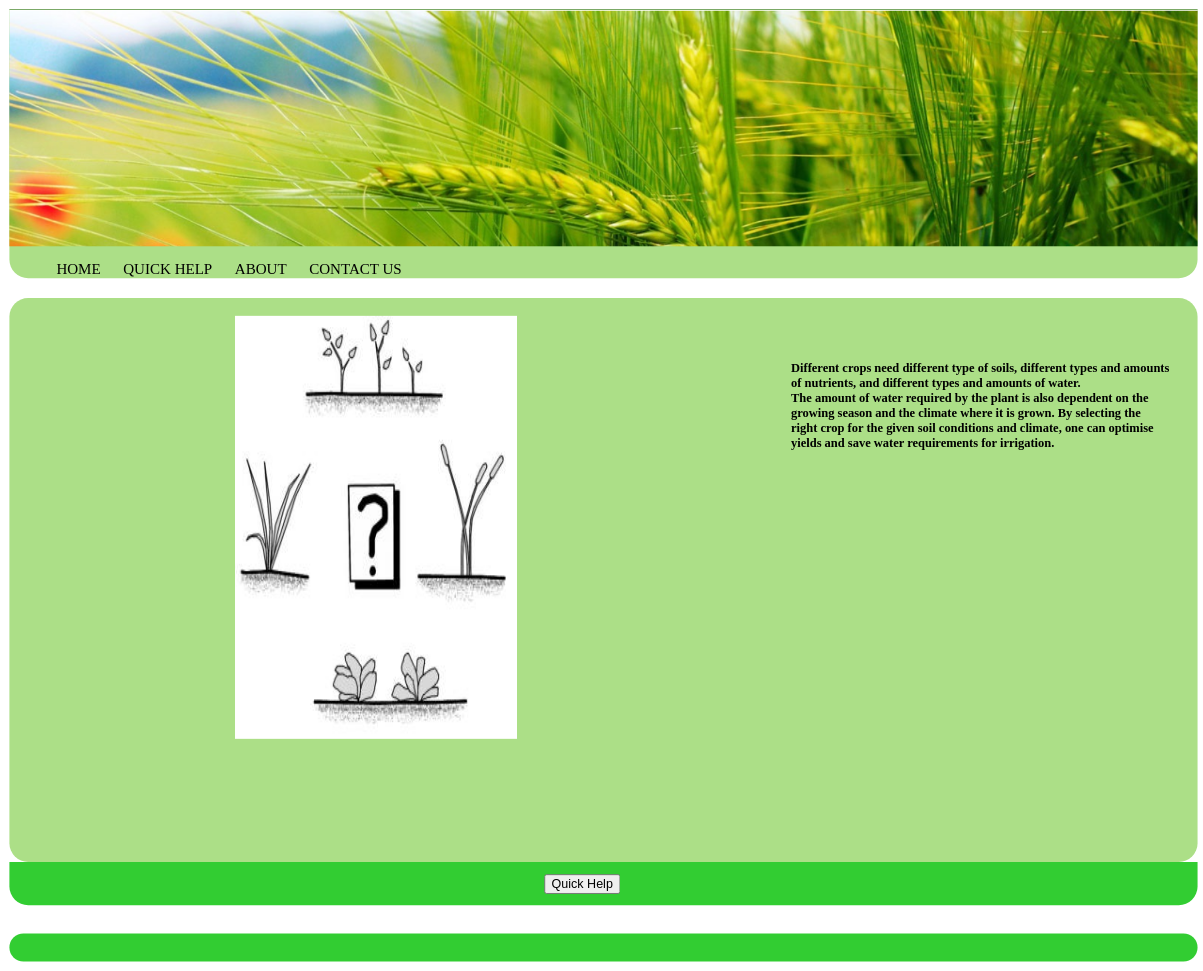
Repository: shivamtyagi1234/FarmoFriend
Page: http://localhost/FarmoFriend/
An editor plug-in stored every save of this project. The page is shown before and after the next save, followed by the edit.
The browser window is 1280 px wide. The pictures show the whole page, at 94% of full size.
The page is served by Tomcat 9. Other server files are loaded and not shown.

Above is the page before, as saved 2019-11-03 07:14:16.

### FarmoFriend/WebContent/home.jsp
<%@ page language="java" contentType="text/html; charset=ISO-8859-1"
    pageEncoding="ISO-8859-1"%>
<!DOCTYPE html PUBLIC "-//W3C//DTD HTML 4.01 Transitional//EN" "http://www.w3.org/TR/html4/loose.dtd">
<html>
<head>
<meta http-equiv="Content-Type" content="text/html; charset=ISO-8859-1">
<title>home</title>

<style type="text/css">
#main
{
width: 100%;
height: 100%;
border: 2px solid white;
}
#homeHead
{
background-color: #ACDF87;
border-radius:0px 0px 20px 20px;
}
#blank1
{
width: 100%;
height: 5px;
}
#homeBody
{
background-color: #ACDF87;
border-top:2px solid;
width: 100%;
height: 600px;
border: 2px;
border-color:limegreen;
border-radius:20px 20px 20px 20px;
}
#homeImage
{
height: 100%;
width: 50%;
}
#homeContent
{
height: 100%;
width: 50%;
}
#homeBody img
{
height:450px;
width:300px;
padding-left: 38%;
padding-top: 3%;
}
#vote
{
border:2px;
border-color: limegreen;
padding-top:1%;
padding-left: 45%;
padding-bottom:1%;
background-color: limegreen;
border-radius:0px 0px 20px 20px;
}
#blank2
{
width: 100%;
height:30px;
}
</style>
</head>
<body >
<div id="main">
<div id="homeHead">
<jsp:include page="header.jsp"></jsp:include>
</div>
<div id="blank1"></div>

<div id="homeBody">
	<div style="float: left; width: 50%"><img alt="home1" src="images\crop selection.jpg" ></div>
	<div style="float: right; text-align: left; text-decoration: blink; padding-right:30px; padding-top: 45px";>
	<p><h5>Different crops need different type of soils, different types and amounts
	<br>of nutrients, and different types and amounts of water.
	<br> The amount of water required by the plant is also dependent on the
	<br>growing season and the climate where it is grown. By selecting the
	<br>right crop for the given soil conditions and climate, one can optimise
	<br> yields and save water requirements for irrigation.<br></h5></p>
	</div>




</div>
<div id="vote">
<a href="voterLogin.jsp"><button>Quick Help</button></a>
</div>
<div id="blank2"></div>
<div id="homeFoot">
<jsp:include page="footer.jsp"></jsp:include>
</div>
</div>
</body>
</html>

### FarmoFriend/WebContent/header.jsp
<%@ page language="java" contentType="text/html; charset=ISO-8859-1"
    pageEncoding="ISO-8859-1"%>
<!DOCTYPE html PUBLIC "-//W3C//DTD HTML 4.01 Transitional//EN" "http://www.w3.org/TR/html4/loose.dtd">
<head>
<meta http-equiv="Content-Type" content="text/html; charset=ISO-8859-1">
<title>result</title>
<style>
#header
{
height: 25%;
width: 100%;


}
#header ul
{
list-style-type: none;
}
#header ul li
{
display: inline;

padding: 10px;
}
#header ul li a
{
text-decoration: none;
color: black;
}
</style>
</head>
<body>
<div id="header">
	<img src="images\head.png" width="100%">
	<ul>
	<li><a href="home.jsp">HOME</a></li>
	<li><a href="registration.jsp">QUICK HELP</a></li>
	<li><a href="voterLogin.jsp">ABOUT</a></li>
	<li><a href="result.jsp">CONTACT US</a></li>
</ul>
</div>
</body>
</html>

### FarmoFriend/WebContent/footer.jsp
<%@ page language="java" contentType="text/html; charset=ISO-8859-1"
    pageEncoding="ISO-8859-1"%>
<!DOCTYPE html PUBLIC "-//W3C//DTD HTML 4.01 Transitional//EN" "http://www.w3.org/TR/html4/loose.dtd">
<html>
<head>
<meta http-equiv="Content-Type" content="text/html; charset=ISO-8859-1">

<title>FOOTER</title>
<style type="text/css">
#footer
{
width: 100%;
height: 30px;
background-color: limegreen;
border-radius:20px 20px 20px 20px;
}
</style>
</head>
<body>
<div id="footer">

</div>
</body>
</html>

After the next save:
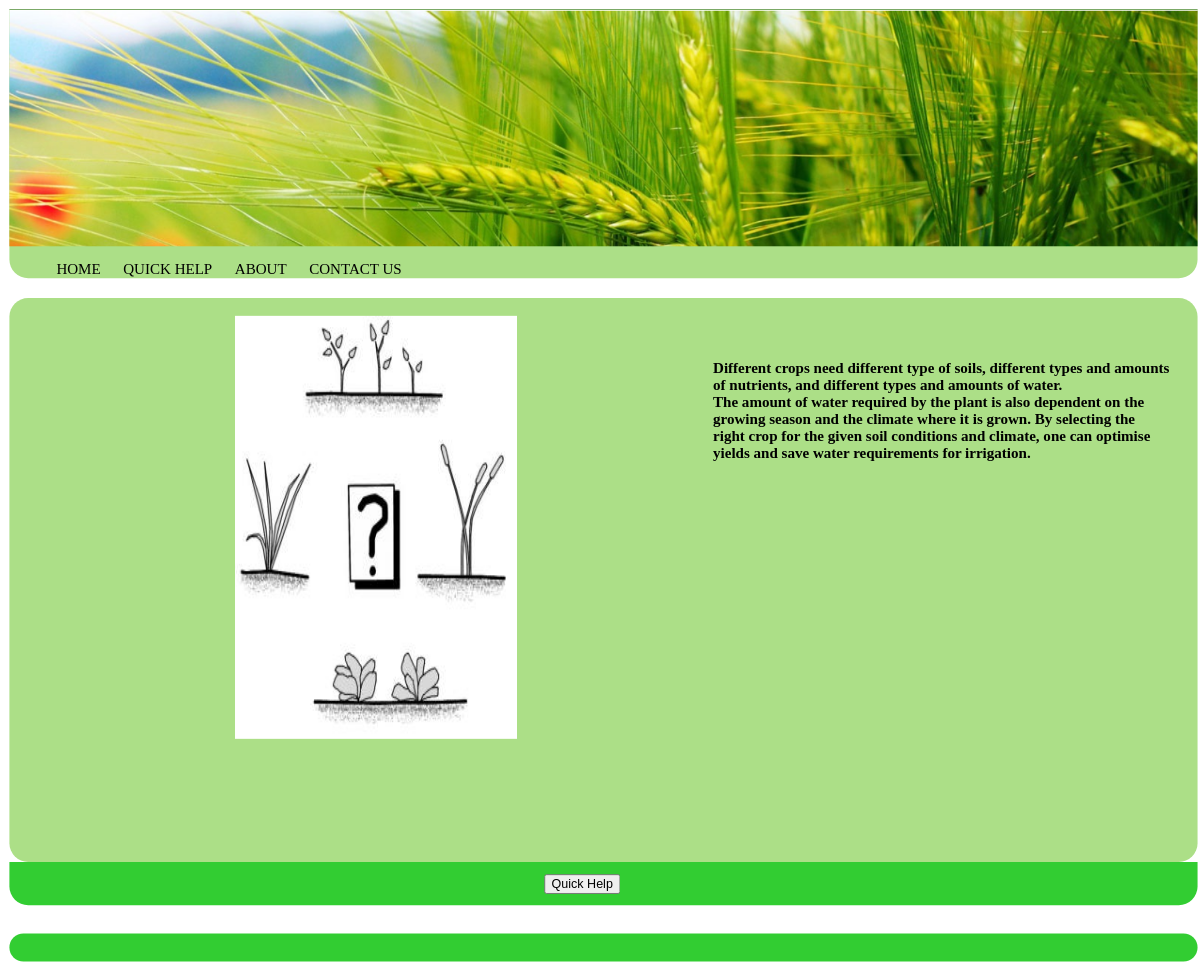
Saved 16 s later.
--- a/FarmoFriend/WebContent/home.jsp
+++ b/FarmoFriend/WebContent/home.jsp
@@ -77,12 +77,12 @@ height:30px;
 <div id="homeBody">
 	<div style="float: left; width: 50%"><img alt="home1" src="images\crop selection.jpg" ></div>
 	<div style="float: right; text-align: left; text-decoration: blink; padding-right:30px; padding-top: 45px";>
-	<p><h5>Different crops need different type of soils, different types and amounts
+	<p><h4>Different crops need different type of soils, different types and amounts
 	<br>of nutrients, and different types and amounts of water.
 	<br> The amount of water required by the plant is also dependent on the
 	<br>growing season and the climate where it is grown. By selecting the
 	<br>right crop for the given soil conditions and climate, one can optimise
-	<br> yields and save water requirements for irrigation.<br></h5></p>
+	<br> yields and save water requirements for irrigation.<br></h4></p>
 	</div>
 
 
